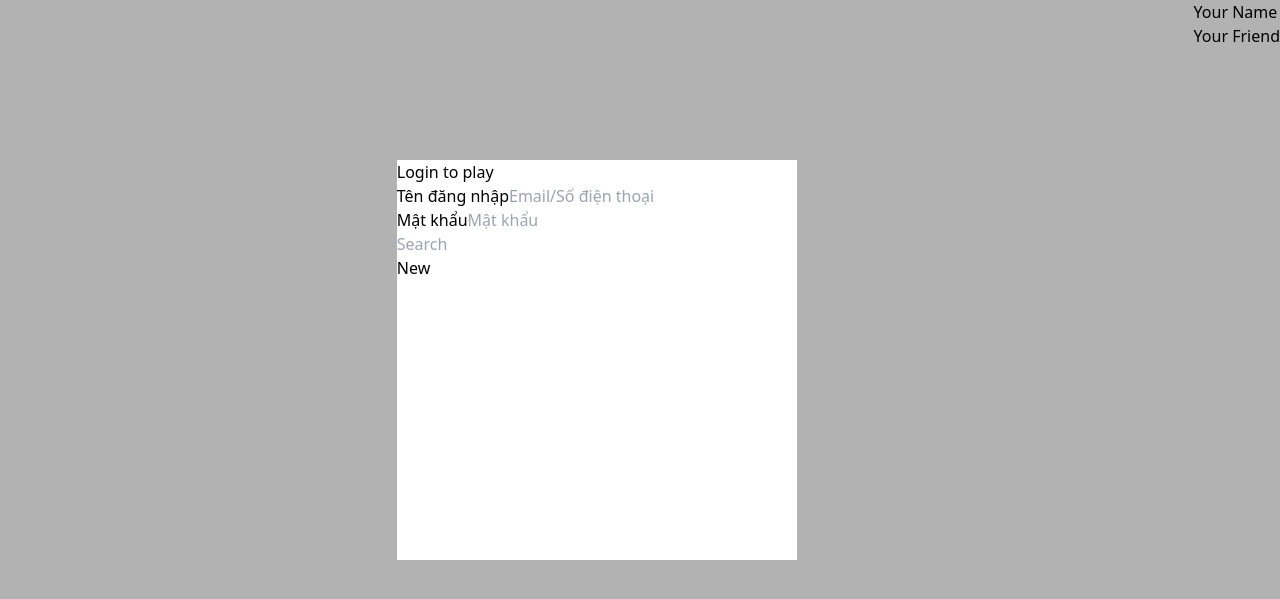
Repository: Teddy1705/demo_pj
Page: /
The author's editor kept a copy of each file at every save. The page is drawn from the files as they stood at one save, then again after the next save.
The browser window is 1280 px wide. The pictures show the whole page.
The project was rebuilt for these pictures with package versions that can differ from the ones it lists, and the page was loaded fresh each time. Also part of the build but not shown: vite.config.js.

Above is the page before, as saved 2024-04-16 09:25:40.

After the next save:
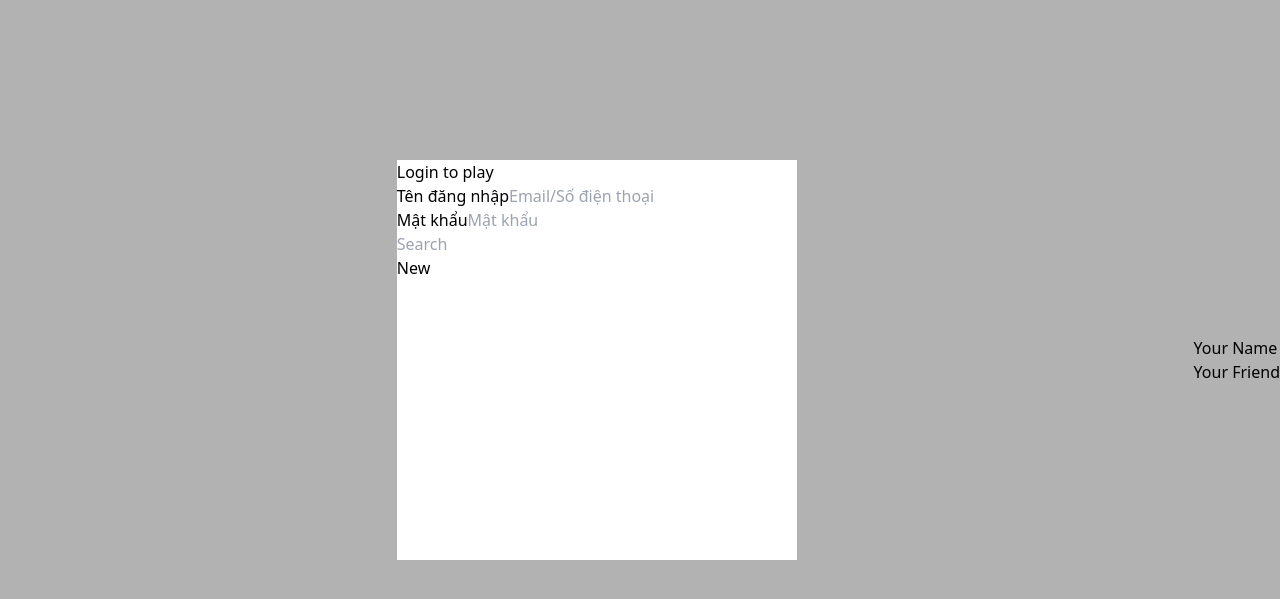
Saved 14 s later.
--- a/src/index.css
+++ b/src/index.css
@@ -567,6 +567,8 @@ video {
   bottom: 0;
   left: 0;
   display: flex;
+  align-items: center;
+  s
 }
 
 #modal .modal__overlay {
